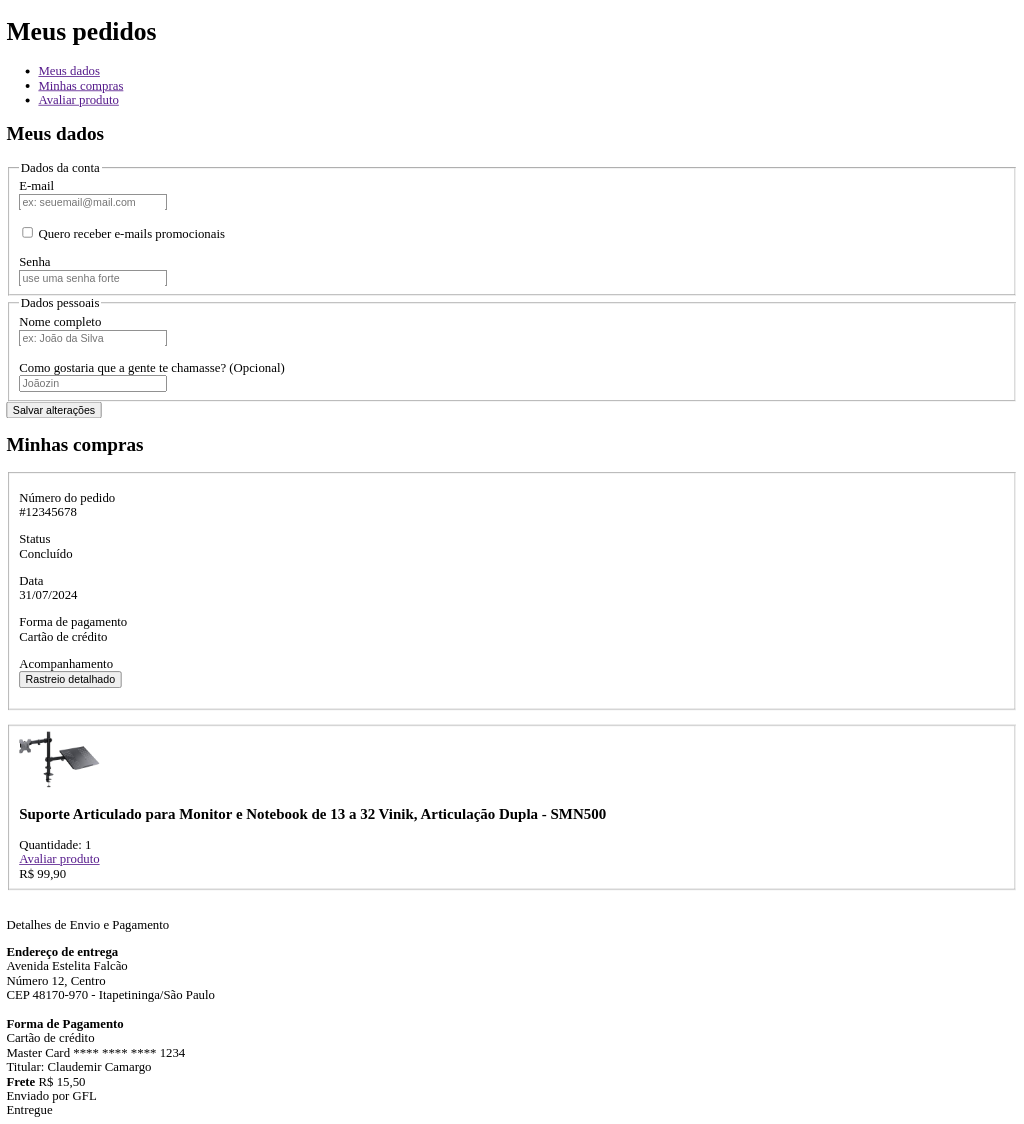
Repository: claudemir-camargo/site-compras
Page: index.html
These files come from the project's save history. The page is drawn as it stood at one moment and after the next save; the edit follows.
The browser window is 1280 px wide. The pictures show the whole page, at 80% of full size.

Above is the page before, as saved 2024-03-03 22:32:13.

### index.html
<!DOCTYPE html>
<html lang="en">

<head>
    <meta charset="UTF-8">
    <meta name="viewport" content="width=device-width, initial-scale=1.0">
    <link rel="stylesheet" type="text/css" href="css/style.css" />
    <title>Site de Compras</title>
</head>

<body>
    <h1>Meus pedidos</h1>
    <ul>
        <li><a href="">Meus dados</a></li>
        <li><a href="">Minhas compras</a></li>
        <li><a href="">Avaliar produto</a></li>
    </ul>
    <h2>Meus dados</h2>
    <!-- Conta -->
    <fieldset>
        <legend>Dados da conta</legend>
        <form>
            <label>E-mail</label><br>
            <input type="email" id="email" name="email" placeholder="ex: seuemail@mail.com"><br><br>
            <input type="checkbox">
            <label>Quero receber e-mails promocionais</label><br><br>
            <label>Senha</label><br>
            <input type="password" placeholder="use uma senha forte">
        </form>
    </fieldset>
    <!-- Pessoais -->
    <fieldset>
        <legend>Dados pessoais</legend>
        <form>
            <label>Nome completo</label><br>
            <input type="text" placeholder="ex: João da Silva"><br><br>
            <label>Como gostaria que a gente te chamasse? (Opcional) </label><br>
            <input type="text" placeholder="Joãozin">
        </form>
    </fieldset>
    <button type="button">Salvar alterações</button>
    <!-- Minhas compras -->
    <h2>Minhas compras</h2>
    <fieldset>
        <div class="details">
            <p>Número do pedido<br>#12345678</p>
            <p>Status<br>Concluído</p>
            <p>Data<br>31/07/2024</p>
            <p>Forma de pagamento<br>Cartão de crédito</p>
            <p>Acompanhamento<br><button>Rastreio detalhado</button></p>
    </fieldset>
    <!-- Produto -->
    <br>
    <fieldset>
        <img src="img/suporte.jpg" alt="Suporte">
        <h3><p>Suporte Articulado para Monitor e Notebook de 13 a 32 Vinik,
            Articulação Dupla - SMN500</p></h3>
        Quantidade: 1<br>
        <a href="">Avaliar produto</a><br>
        R$ 99,90
    </fieldset>
    <br>
    <p>Detalhes de Envio e Pagamento</p>
    <strong>Endereço de entrega</strong><br>
    Avenida Estelita Falcão<br>
    Número 12, Centro<br>
    CEP 48170-970 - Itapetininga/São Paulo
    <br><br>
    <strong>Forma de Pagamento</strong><br>
    Cartão de crédito<br>
    Master Card **** **** **** 1234<br>
    Titular:  Claudemir Camargo <br>
    <strong>Frete</strong>
    R$ 15,50<br>
    Enviado por GFL<br>
    Entregue



</body>

</html>

### css/style.css
img {
    height: 70px;
    width: 100px;
}

After the next save:
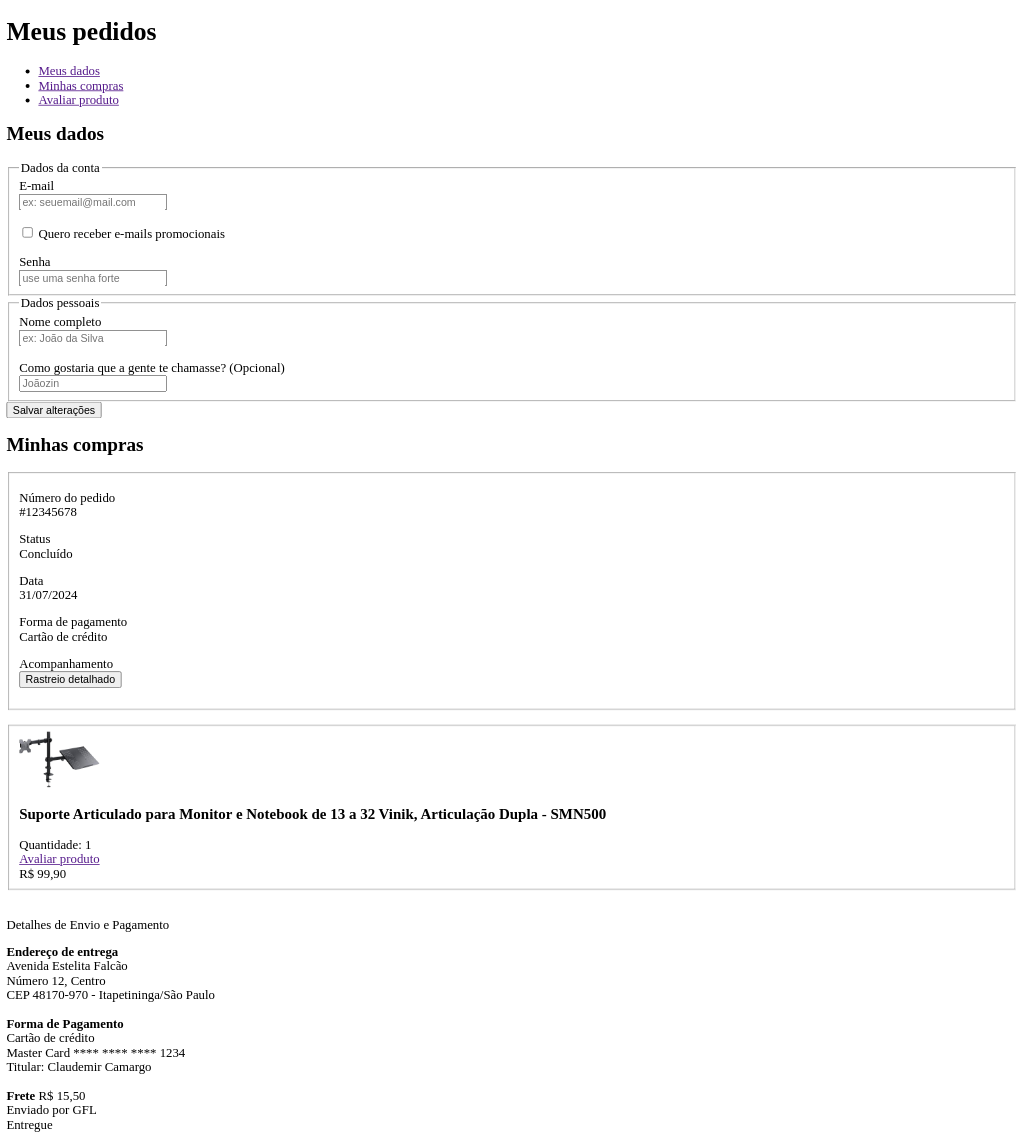
Saved 20 s later.
--- a/index.html
+++ b/index.html
@@ -69,7 +69,8 @@
     <strong>Forma de Pagamento</strong><br>
     Cartão de crédito<br>
     Master Card **** **** **** 1234<br>
-    Titular:  Claudemir Camargo <br>
+    Titular:  Claudemir Camargo
+    <br><br>
     <strong>Frete</strong>
     R$ 15,50<br>
     Enviado por GFL<br>
